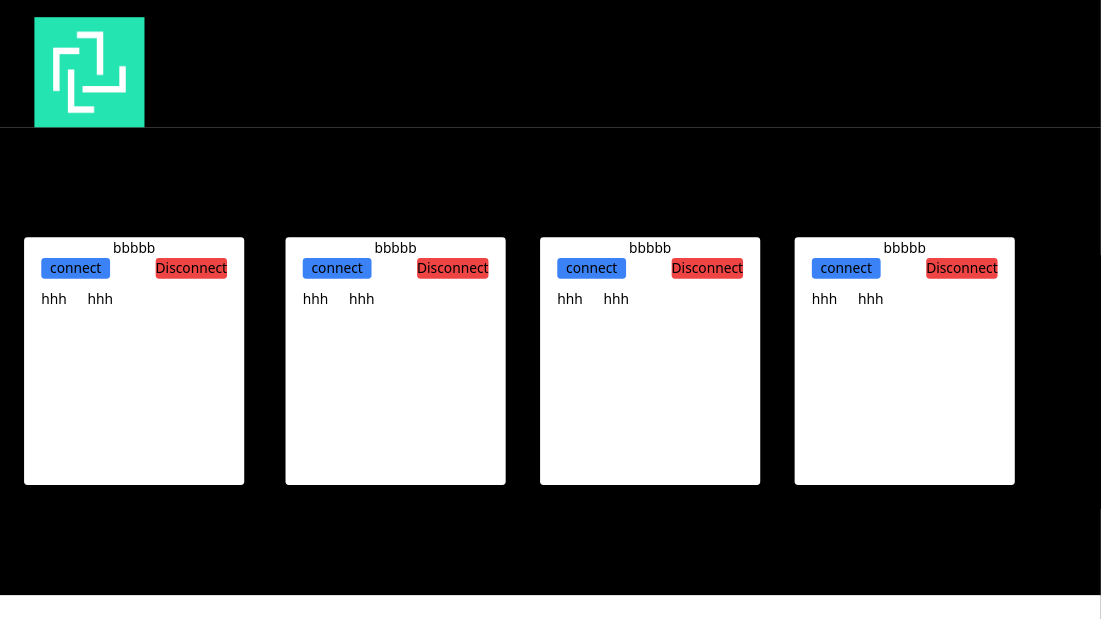
Repository: AstriaFinance/AstriaMvp
Page: /
These files come from the project's save history. The page is drawn as it stood at one moment and after the next save; the edit follows.
The browser window is 1280 px wide. The pictures show the whole page, at 86% of full size.
The project was rebuilt for these pictures with package versions that can differ from the ones it lists, and the page was loaded fresh each time. Also part of the build but not shown: src/components/About.jsx, src/components/Shop.jsx, src/components/ErrorPage.jsx.

Above is the page before, as saved 2022-06-21 15:59:24.

### src/App.js
import {Nav, Shop, About, ErrorPage, Home} from "./components"
import {BrowserRouter as Router,Routes, Route} from"react-router-dom"
function App() {
  return (

    <div>

      <Nav/>
      <Home/>
      </div>

  );
}

export default App;

### src/components/index.js
export{default as About} from "./About"
export{default as Nav} from "./Nav"
export{default as Shop} from "./Shop"
export {default as ErrorPage} from "./ErrorPage"
export{default as Home} from "./Home"

### src/components/Nav.jsx
import React from 'react'
import logo from "../static/astria2.jpg"
const Nav = () => {
  return (

        <nav className='bg-black flex justify-between '>
        <img src={logo} alt="" className='h-32 mt-5 mx-10' />

        <div class="flex gap-2">

  </div>



    </nav>



  )
}

export default Nav

### src/components/Home.jsx
import React from 'react'

const Home = () => {
  return (
<div class="bg-black flex overflow-x-auto  ">

 <div class="bg-white h-72 w-64 rounded my-32 mx-7">

  <div class="container flex justify-center">bbbbb</div>
  <div class="flex justify-between">
  <button class="bg-blue-500 rounded mx-5 w-20 ">connect</button>
   <button class="bg-red-500 rounded mx-5">Disconnect</button>
  </div>
   <ul class="mx-5 my-3 flex gap-6">
     <li>hhh</li>
     <li>hhh</li>
   </ul>
 </div>

 <div class="bg-white h-72 w-64 rounded mx-5 my-32">

  <div class="container flex justify-center">bbbbb</div>
  <div class="flex justify-between">
  <button class="bg-blue-500 rounded mx-5 w-20 ">connect</button>
   <button class="bg-red-500 rounded mx-5">Disconnect</button>
  </div>
   <ul class="mx-5 my-3 flex gap-6">
     <li>hhh</li>
     <li>hhh</li>
   </ul>
 </div>
 <div class="bg-white h-72 w-64 rounded mx-5 my-32">

  <div class="container flex justify-center">bbbbb</div>
  <div class="flex justify-between">
  <button class="bg-blue-500 rounded mx-5 w-20 ">connect</button>
   <button class="bg-red-500 rounded mx-5">Disconnect</button>
  </div>
   <ul class="mx-5 my-3 flex gap-6">
     <li>hhh</li>
     <li>hhh</li>
   </ul>
 </div>

 <div class="bg-white h-72 w-64 rounded mx-5 my-32">

  <div class="container flex justify-center">bbbbb</div>
  <div class="flex justify-between">
  <button class="bg-blue-500 rounded mx-5 w-20 ">connect</button>
   <button class="bg-red-500 rounded mx-5">Disconnect</button>
  </div>
   <ul class="mx-5 my-3 flex gap-6">
     <li>hhh</li>
     <li>hhh</li>
   </ul>
 </div>



 </div>
  )
}

export default Home

Loaded but not shown: public/index.html (common file); src/index.js (common file); src/index.css (common file); src/reportWebVitals.js (common file); tailwind.config.js (common file)

After the next save:
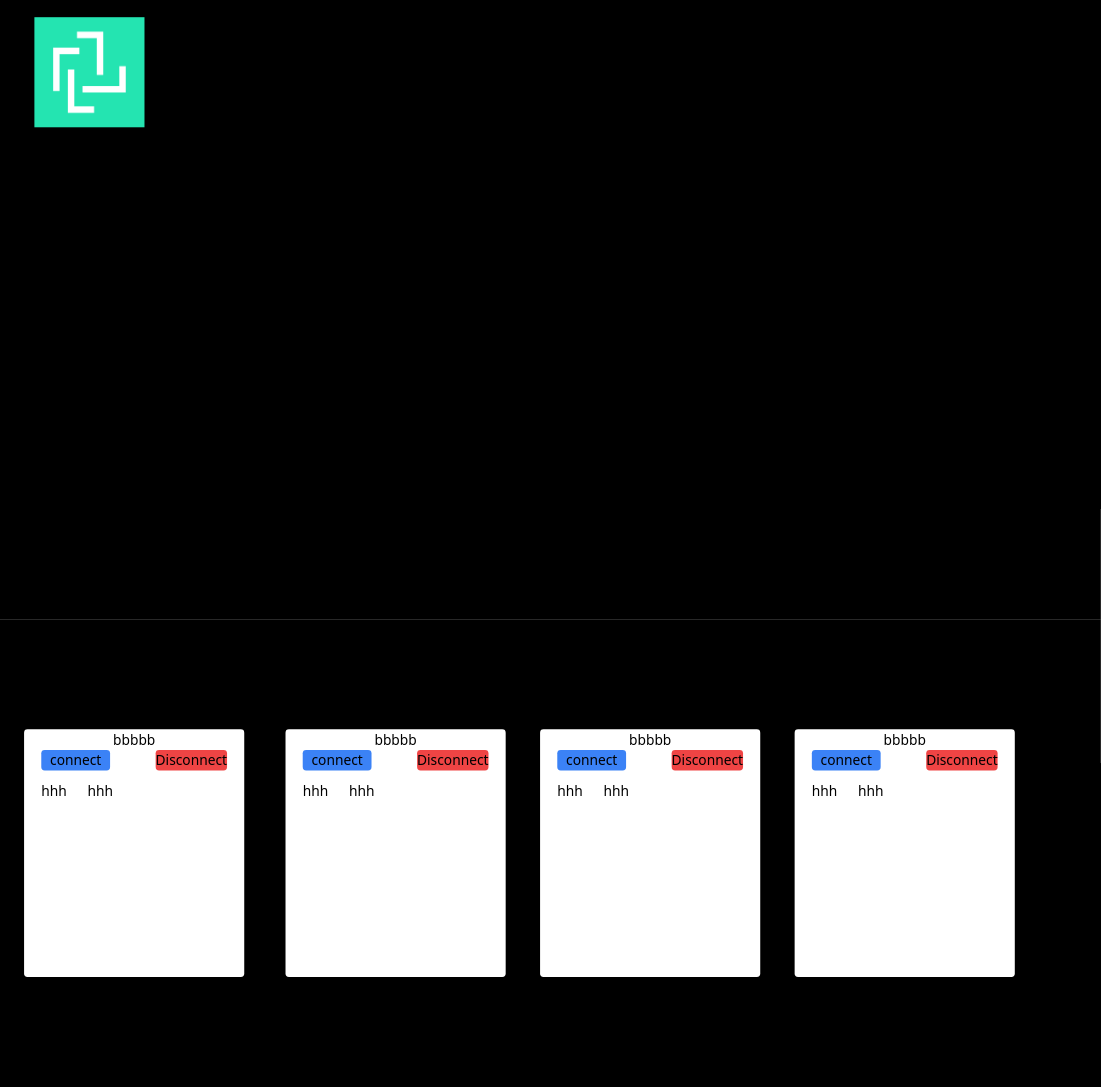
Saved 31 s later.
--- a/src/components/Nav.jsx
+++ b/src/components/Nav.jsx
@@ -3,7 +3,7 @@ import logo from "../static/astria2.jpg"
 const Nav = () => {
   return (
 
-        <nav className='bg-black flex justify-between '>
+        <nav className='bg-black h-screen flex justify-between '>
         <img src={logo} alt="" className='h-32 mt-5 mx-10' />
 
         <div class="flex gap-2">
